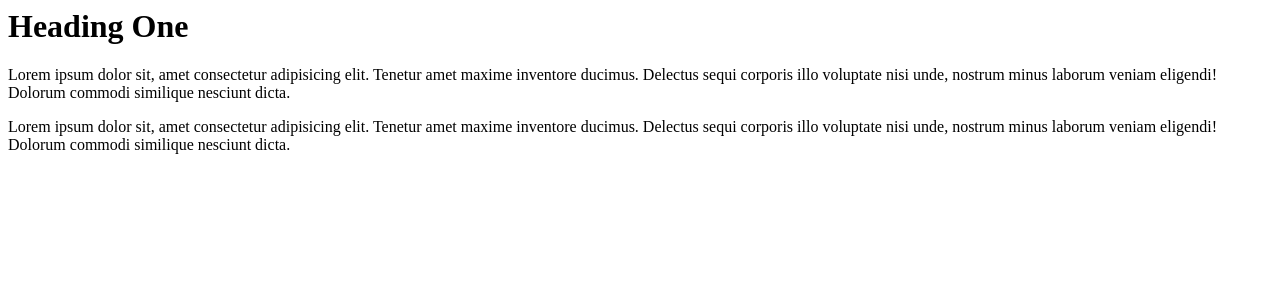
Repository: MonwarAdeeb/Bista_Solutions
Page: HTML & CSS/CSS/Level Two/01. Fonts.html
An editor plug-in stored every save of this project. The page is shown before and after the next save, followed by the edit.
The browser window is 1280 px wide. The pictures show the whole page.

Above is the page before, as saved 2021-05-20 15:19:14.

After the next save:
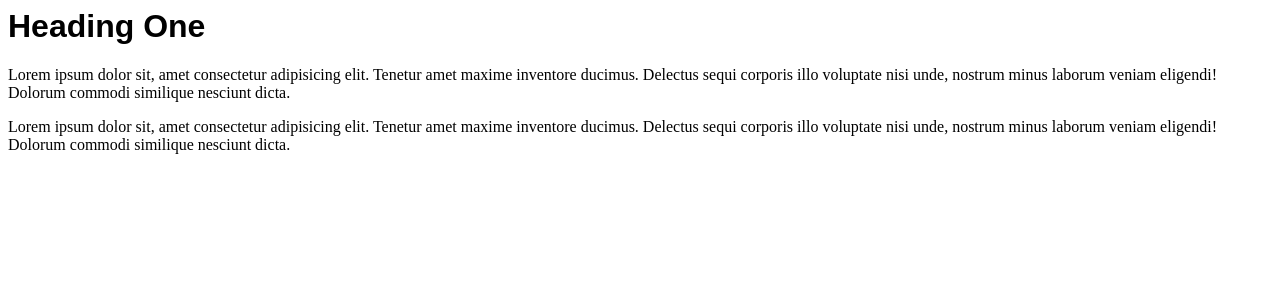
Saved 4 s later.
--- a/HTML & CSS/CSS/Level Two/01. Fonts.css
+++ b/HTML & CSS/CSS/Level Two/01. Fonts.css
@@ -1,3 +1,3 @@
 h1 {
-  font-family:;
+  font-family: "Arial";
 }
